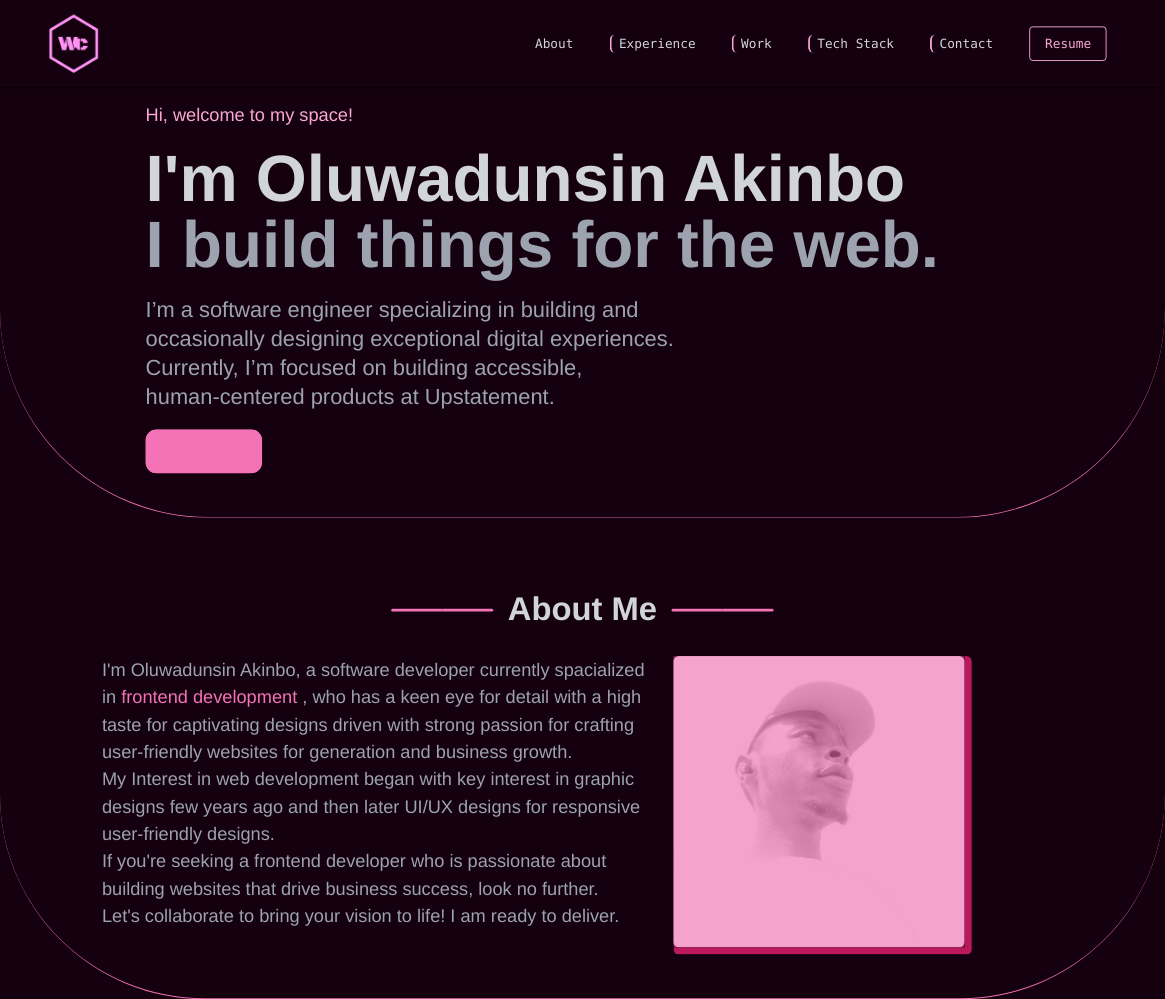
Repository: EmmyDunny1/myPortfolio
Page: / (app in MyPortfolio/)
These files come from the project's save history. The page is drawn as it stood at one moment and after a run of saves; the edit follows.
The browser window is 1280 px wide. The pictures show the whole page, at 91% of full size.
The project was rebuilt for these pictures with package versions that can differ from the ones it lists, and the page was loaded fresh each time. Also part of the build but not shown: MyPortfolio/vite.config.js.

Above is the page before, as saved 2025-01-14 21:33:40.

### MyPortfolio/index.html
<!doctype html>
<html lang="en">
  <head>
    <meta charset="UTF-8" />
    <link rel="icon" type="image/svg+xml" href="/vite.svg" />
    <meta name="viewport" content="width=device-width, initial-scale=1.0" />
    <title>My Portfolio Website</title>
  </head>
  <body>
    <div id="root"></div>
    <script type="module" src="/src/main.jsx"></script>
  </body>
</html>

### MyPortfolio/src/index.css
@tailwind base;
@tailwind components;
@tailwind utilities;


body{

    max-width: 90rem;
  /* margin-left: 2rem;
  margin-right: 2rem; */
  background:   rgb(21, 0, 15);
  font-family: "Helvetica Neue";
  }

  img {
    width: 12rem;
    height: 7rem;
  }

  p{ font-size: 14px

  }

### MyPortfolio/src/App.jsx
import React from 'react'
import Navbar from './components/Navbar'
import HeroSection from './components/HeroSection'
import AboutMe from './components/AboutMe'

const App = () => {
  return (
    <div>
    <div className=''> <Navbar/> </div>
    <div className='mt-[7rem] border-b border-solid border-pink-400 rounded-full pb-[3rem]'><HeroSection/> </div>
    <div className='border-b border-solid border-pink-400 rounded-full pb-[3rem]'><AboutMe/></div>
  <div> </div>
    </div>
  )
}

export default App

### MyPortfolio/src/components/Navbar.jsx
import React from 'react'
import WEBCANIC from '../assets/WEBCANIC.png'

const Navbar = () => {
  return (
    <nav className="fixed top-0 left-0 w-full bg-dark-navy shadow-sm  shadow-black text-gray-300 z-10">
    <div className=" flex items-center justify-between py-4 mx-[4rem]">
      <div className="flex items-center">

          <img src={WEBCANIC} className='h-[4rem] w-[4rem] object-cover ml-[-10px]'  alt="" />

      </div>
      <div className="flex items-center space-x-8 ">
        <a
          href="#about"
          className="hover:text-green text-sm font-mono  border-solid border-pink-300 rounded-md px-2 ">
          <div>  </div>  About
        </a>
        <a
          href="#experience"
          className="hover:text-green text-sm font-mono border-l-2 border-solid border-pink-300 rounded-md px-2">
           Experience
        </a>
        <a
          href="#work"
          className="hover:text-green text-sm font-mono border-l-2 border-solid border-pink-300 rounded-md px-2">
           Work
        </a>
        <a
          href="#work"
          className="hover:text-green text-sm font-mono border-l-2 border-solid border-pink-300 rounded-md px-2">
           Tech Stack
        </a>
        <a
          href="#contact"
          className="hover:text-green text-sm font-mono border-l-2 border-solid border-pink-300 rounded-md px-2">
           Contact
        </a>
        <a
          href="/resume.pdf"
          download
          className="border border-green text-pink-300 px-4 py-2 rounded text-sm font-mono hover:bg-green hover:text-dark-navy hover:shadow-sm hover:shadow-gray-300 hover:border-gray-300 hover:text-gray-300 transition border-pink-300">
          Resume
        </a>
      </div>
    </div>
  </nav>
  )
}

export default Navbar

### MyPortfolio/src/components/HeroSection.jsx
import React from 'react'

const HeroSection = () => {
  return (
    <div className='block mx-[10rem] '>

      <div className=''>
        <span className='text-pink-300 text-xl '>Hi, welcome to my space!</span>
        <h1 className='text-7xl text-gray-300 pt-5 font-bold '>I'm Oluwadunsin Akinbo</h1>
        <h2 className='text-7xl text-gray-400 font-bold'>I build things for the web.</h2>

        <p className='text-2xl text-gray-400 py-5'>I’m a software engineer specializing in building and <br />occasionally designing exceptional digital experiences. <br />Currently, I’m focused on building accessible,<br /> human-centered products at Upstatement.</p>


      </div>

<button className='relative h-[3rem] w-[8rem] border-solid border-pink-400 border-2 text-pink-400 text-xl font-bold rounded-xl z-10'>Let's Talk</button>

<button className=' absolute h-[3rem] w-[8rem] bg-pink-400  text-pink-400 text-xl font-bold rounded-xl mb-10 ml-[-8rem] z-5'>Let's Talk</button>

    </div>
  )
}

export default HeroSection

### MyPortfolio/src/components/AboutMe.jsx
import React from 'react'
import { FiMinus } from 'react-icons/fi'
import myImage from '../assets/myImage.jpg'


const AboutMe = () => {
  return (
    <div className=' mx-[7rem] mt-[5rem]'>
      <div className='flex mx-auto justify-center align-center'>
      <FiMinus className='h-[2.5px] w-[7rem] mt-5 mr-4 rounded-2xl bg-pink-400'/>
        <h1 className='text-gray-300 text-4xl pb-[2rem] font-bold'>  About Me </h1>
         <FiMinus className='h-[2.5px] w-[7rem] mt-5 ml-4 rounded-2xl bg-pink-400'/>
      </div>
    <div className='flex gap-8'>
        <div className=''>
            <p className='text-gray-400 text-xl leading-normal justify-center '>I'm Oluwadunsin Akinbo, a software developer currently spacialized <br />in <span className='text-pink-400'>frontend development </span>
            , who has a keen eye for detail with a high <br />taste for captivating designs driven with strong passion for crafting <br />user-friendly websites for generation and business growth.
            <br />

               <span className='pt-10'>My Interest in web development began with key interest in graphic <br />designs few years ago and then later UI/UX designs for responsive <br />user-friendly designs.  </span>


              <br />If you're seeking a frontend developer who is passionate about <br /> building websites that drive business success, look no further.
<br />
              Let's collaborate to bring your vision to life! I am ready to deliver. </p>
        </div>
        <div className='  relative hover:translate-y-2 border-solid rounded-md border-pink-700 border-r-8 border-b-8 hover:translate-x-2 transition duration-300 '>
            <img src={myImage} alt="my picture" className='object-cover h-[20rem] w-[20rem] items-center   transition-transform rounded-md ' />
        <div className='absolute inset-0 bg-pink-500 hover:bg-gray-600 opacity-50 hover:opacity-30 '>
         </div>

         {/* <div className=' h-[20rem] w-[20rem] border-solid border-pink-500 pt-10'></div> */}
        </div>

    </div>

    </div>
  )
}

export default AboutMe

### MyPortfolio/src/components/Techstack.jsx
import React from 'react'

const Techstack = () => {
  return (
    <div>

    </div>
  )
}

export default Techstack

Loaded but not shown: MyPortfolio/src/main.jsx (common file); MyPortfolio/tailwind.config.js (common file)

After the next 4 saves:
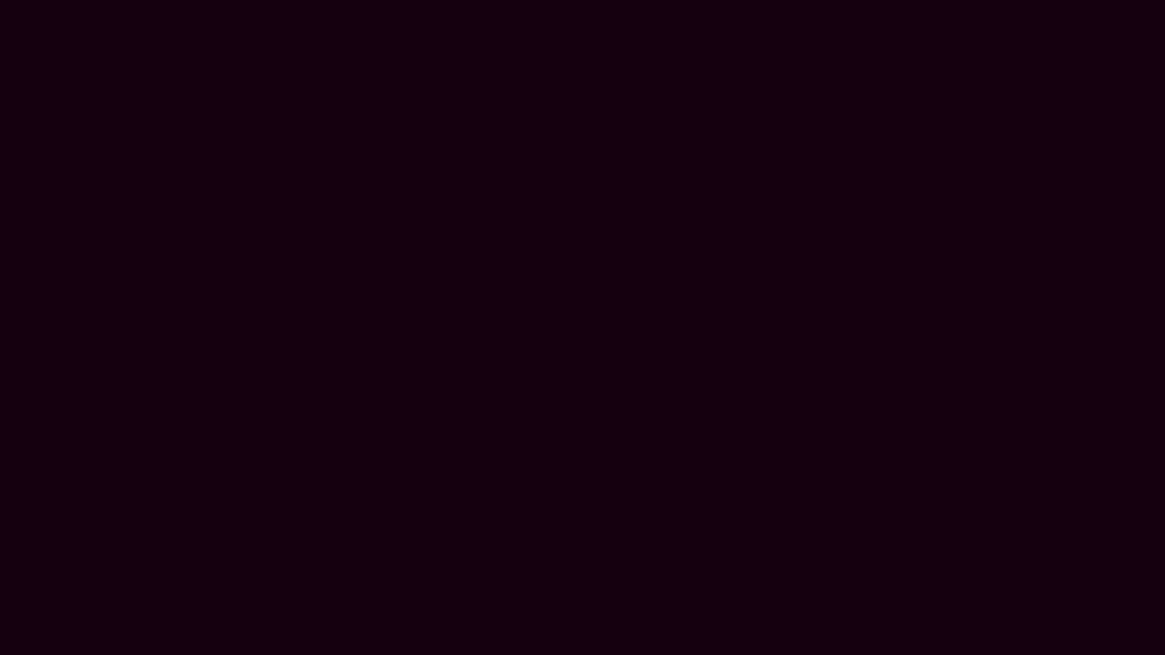
Console error: ReferenceError: Techstack is not defined
The 4 saves are shown as one change because 3 did not build or start.
The last was saved 18 s later.
--- a/MyPortfolio/src/App.jsx
+++ b/MyPortfolio/src/App.jsx
@@ -9,7 +9,7 @@
     <div className=''> <Navbar/> </div>
     <div className='mt-[7rem] border-b border-solid border-pink-400 rounded-full pb-[3rem]'><HeroSection/> </div>
     <div className='border-b border-solid border-pink-400 rounded-full pb-[3rem]'><AboutMe/></div>
-  <div> </div>
+  <div> <Techstack/></div>
     </div>
   )
 }

After the 3 saves that followed:
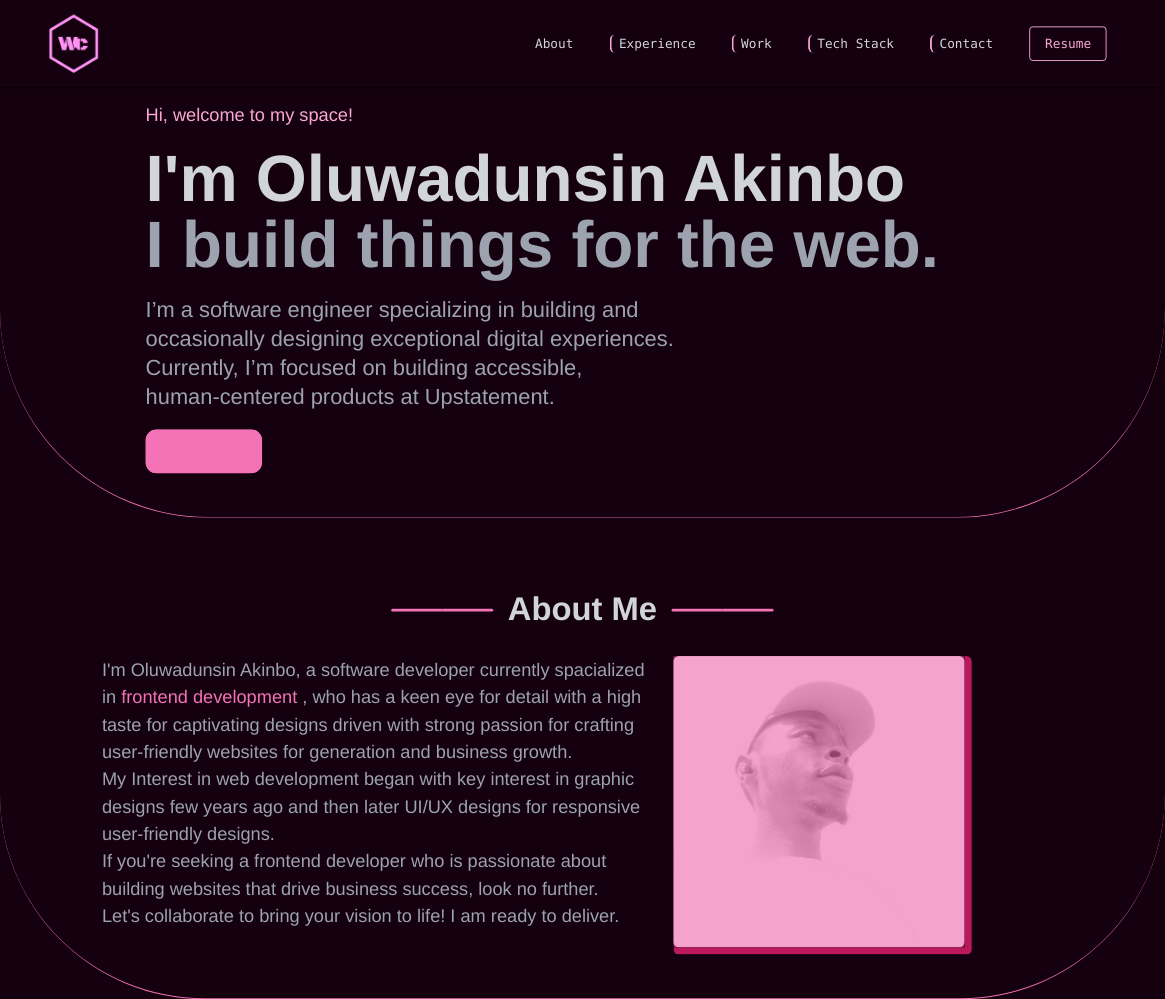
The error is gone.
The 3 saves are shown as one change because 1 left the picture as it was and some came seconds apart.
The last was saved 14 s later.
--- a/MyPortfolio/src/App.jsx
+++ b/MyPortfolio/src/App.jsx
@@ -2,6 +2,7 @@
 import Navbar from './components/Navbar'
 import HeroSection from './components/HeroSection'
 import AboutMe from './components/AboutMe'
+import Techstack from './components/Techstack'
 
 const App = () => {
   return (
@@ -9,7 +10,7 @@
     <div className=''> <Navbar/> </div>
     <div className='mt-[7rem] border-b border-solid border-pink-400 rounded-full pb-[3rem]'><HeroSection/> </div>
     <div className='border-b border-solid border-pink-400 rounded-full pb-[3rem]'><AboutMe/></div>
-  <div> <Techstack/></div>
+  <div> <Techstack/> </div>
     </div>
   )
 }
